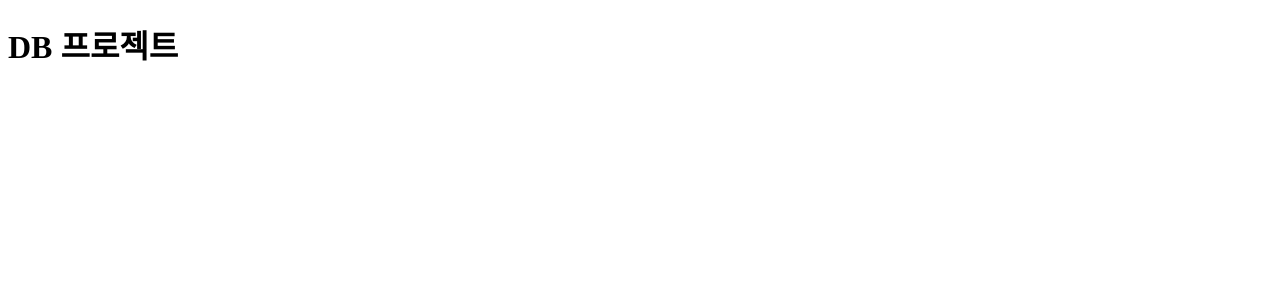
Repository: beescuit9510/toyProjects
Page: web-server-workplace/03_dbProject/src/main/webapp/index.html
An editor plug-in stored every save of this project. The page is shown before and after the next save, followed by the edit.
The browser window is 1280 px wide. The pictures show the whole page.

Above is the page before, as saved 2021-09-29 09:21:25.

After the next save:
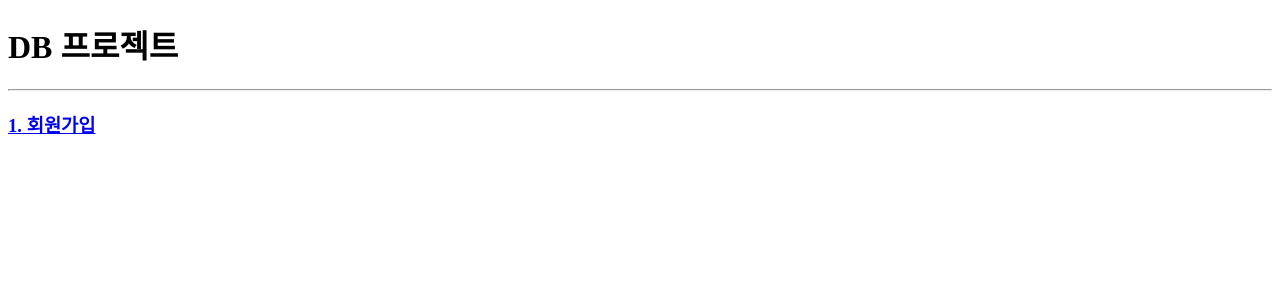
Saved 15 h 20 min later.
--- a/web-server-workplace/03_dbProject/src/main/webapp/index.html
+++ b/web-server-workplace/03_dbProject/src/main/webapp/index.html
@@ -6,5 +6,7 @@
 </head>
 <body>
 	<h1>DB 프로젝트</h1>
+	<hr>
+	<h3><a href="/html/join.html">1. 회원가입</a></h3>
 </body>
 </html>
